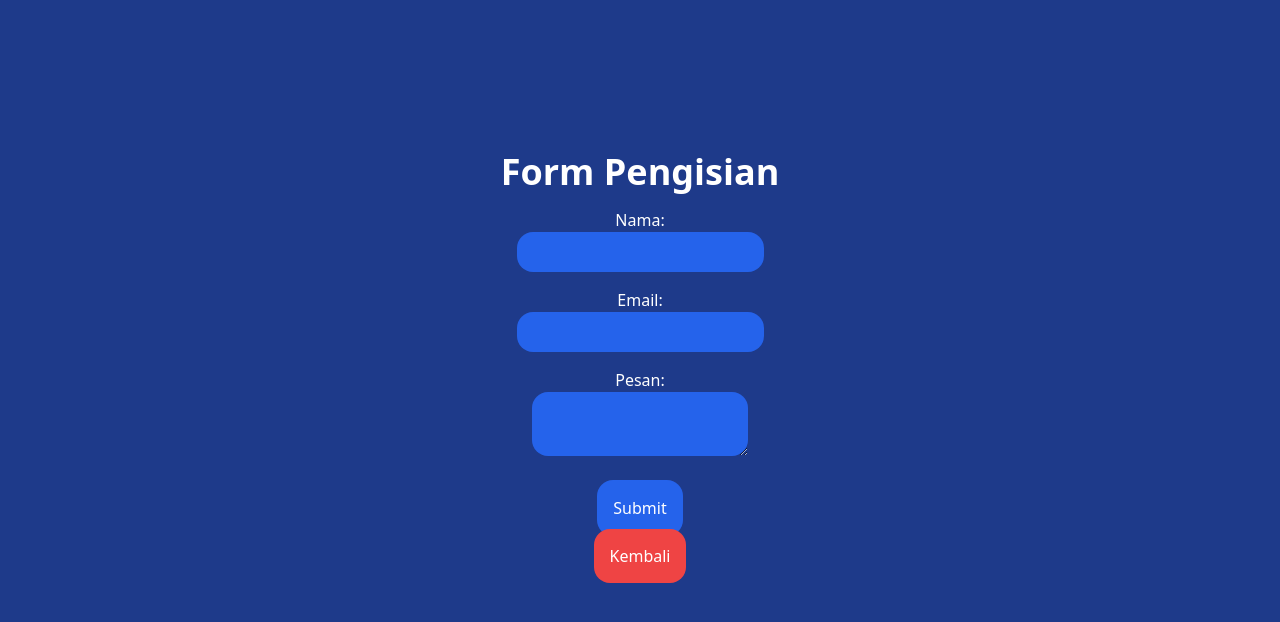
Repository: RifaiKN/flask-week10
Page: http://localhost/form/
The author's editor kept a copy of each file at every save. The page is drawn from the files as they stood at one save, then again after the next save.
The browser window is 1280 px wide. The pictures show the whole page.
The page is served by the project's application, run on Flask 3 (app.py).

Above is the page before, as saved 2023-11-17 22:45:13.

After the next save:
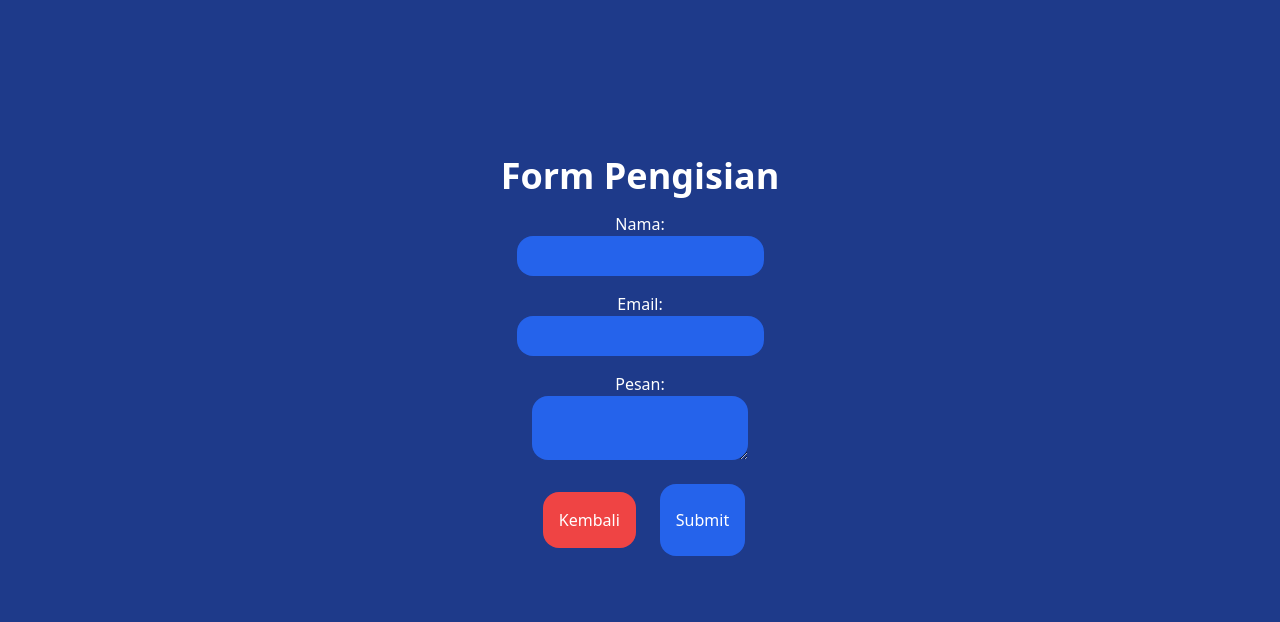
Saved 65 s later.
--- a/templates/form.html
+++ b/templates/form.html
@@ -20,14 +20,13 @@
         <label for="pesan" class="text-white">Pesan:</label>
         <textarea id="pesan" name="pesan" required
             class="bg-blue-600 text-white p-2 rounded-2xl focus:outline-none focus:ring focus:border-blue-300 mb-4"></textarea>
-        <button type="submit"
-            class="m-2 p-4 bg-blue-600 hover:bg-blue-700 rounded-2xl text-white focus:outline-none focus:ring focus:border-blue-300">
-            Submit
-        </button>
+        <div>
+            <div class="flex">
+                <a href="/" class="m-4 p-4 bg-red-500 hover:bg-red-600 rounded-2xl text-white">Kembali</a>
+                <button type="submit" class="m-2 p-4 bg-blue-600 hover:bg-blue-700 rounded-2xl text-white focus:outline-none focus:ring focus:border-blue-300">Submit</button>
+            </div>
+        </div>
     </form>
-    <div>
-        <a href="/" class="m-4 p-4 bg-red-500 hover:bg-red-600 rounded-2xl text-white">Kembali</a>
-    </div>
 </body>
 
 </html>
